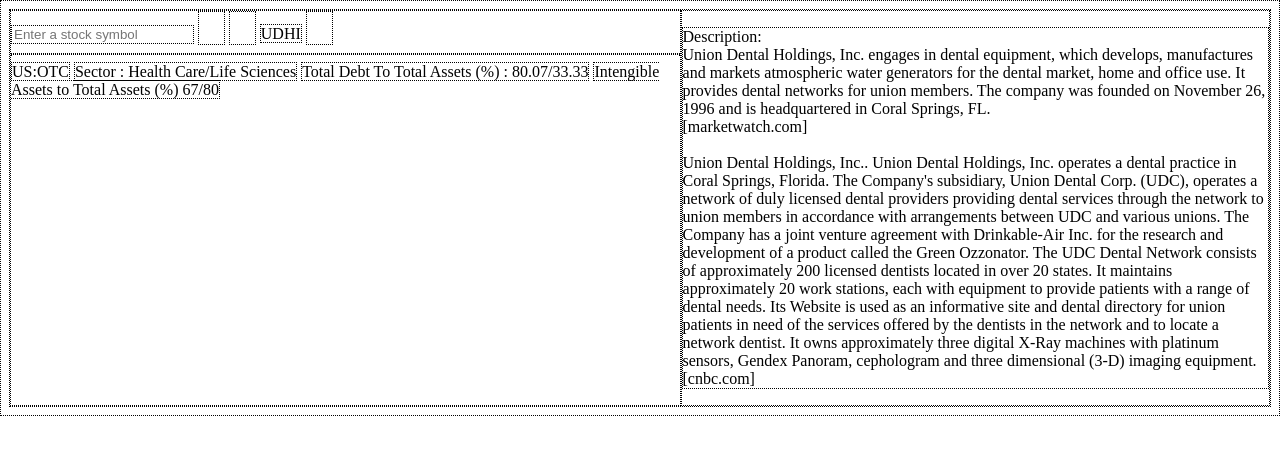
Repository: hadi4172/halal-stock-scanner
Page: popup.html
These files come from the project's save history. The page is drawn as it stood at one moment and after the next save; the edit follows.
The browser window is 1280 px wide. The pictures show the whole page.

Above is the page before, as saved 2020-09-24 14:16:04.

After the next save:
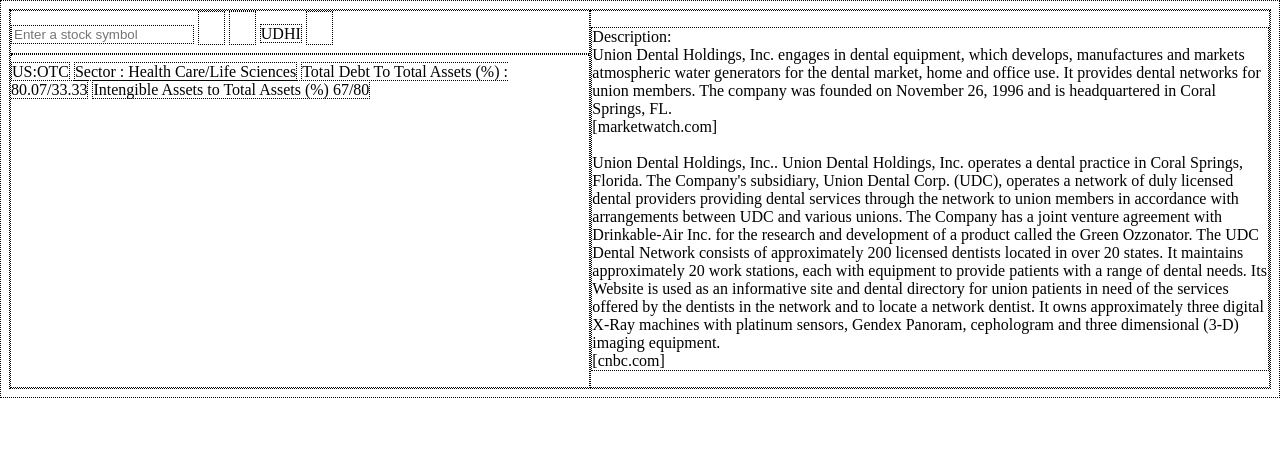
Saved 19 s later.
--- a/popup.css
+++ b/popup.css
@@ -7,5 +7,5 @@
 }
 
 #right{
-    width:60%
+    width:80%
 }
